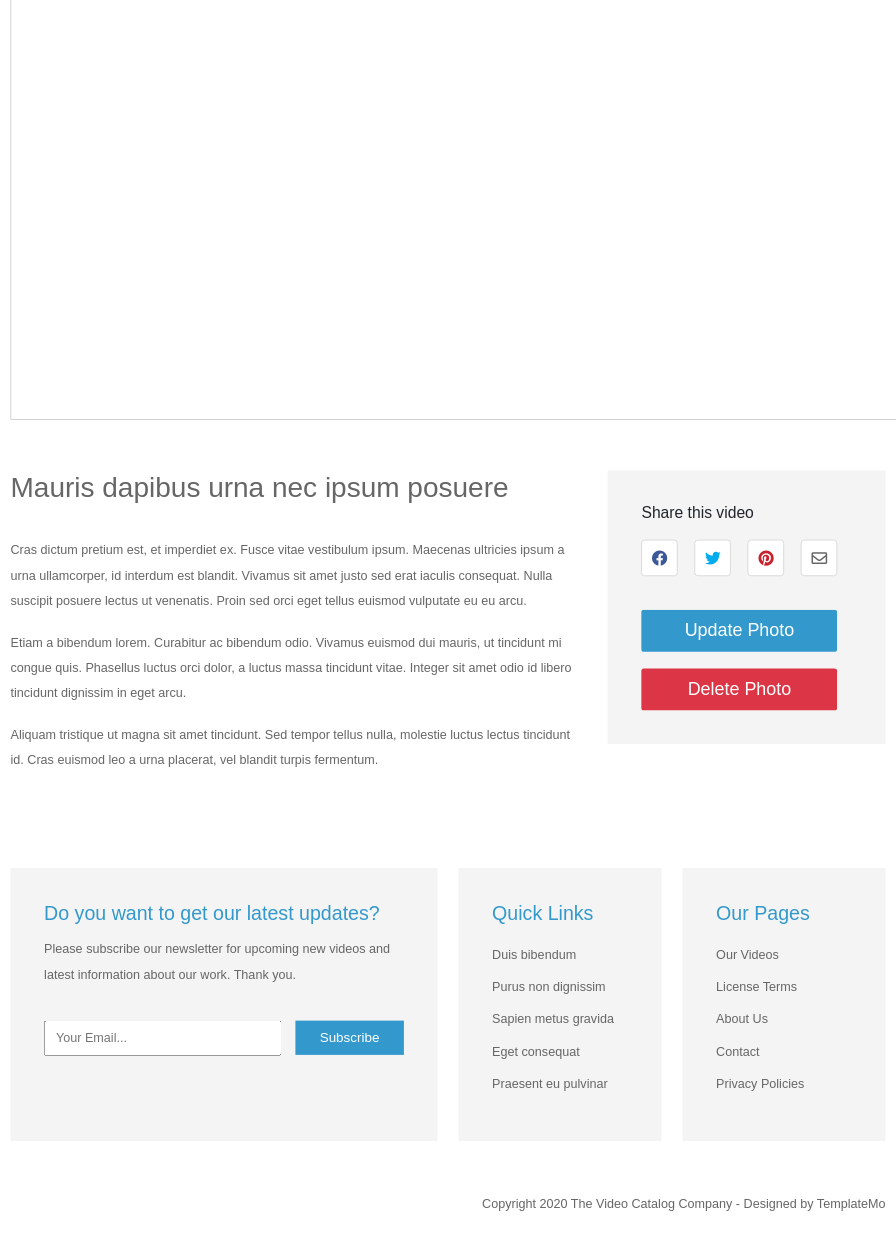
Repository: Marhamat92/PCAT-project-with-node-backend
Page: http://localhost/photo
An editor plug-in stored every save of this project. The page is shown before and after the next save, followed by the edit.
The browser window is 1280 px wide. The pictures show the part of the page from y = 730 to 2650 px (the page is 2519 px tall before and 2650 px after), at 70% of full size.
Backgrounds fixed to the window are drawn as part of the page. Some web fonts or font styles are not loaded; a fallback is used. The page is served by the project's Node server (app.js).

Above is the page before, as saved 2023-02-21 19:45:36.

After the next save:
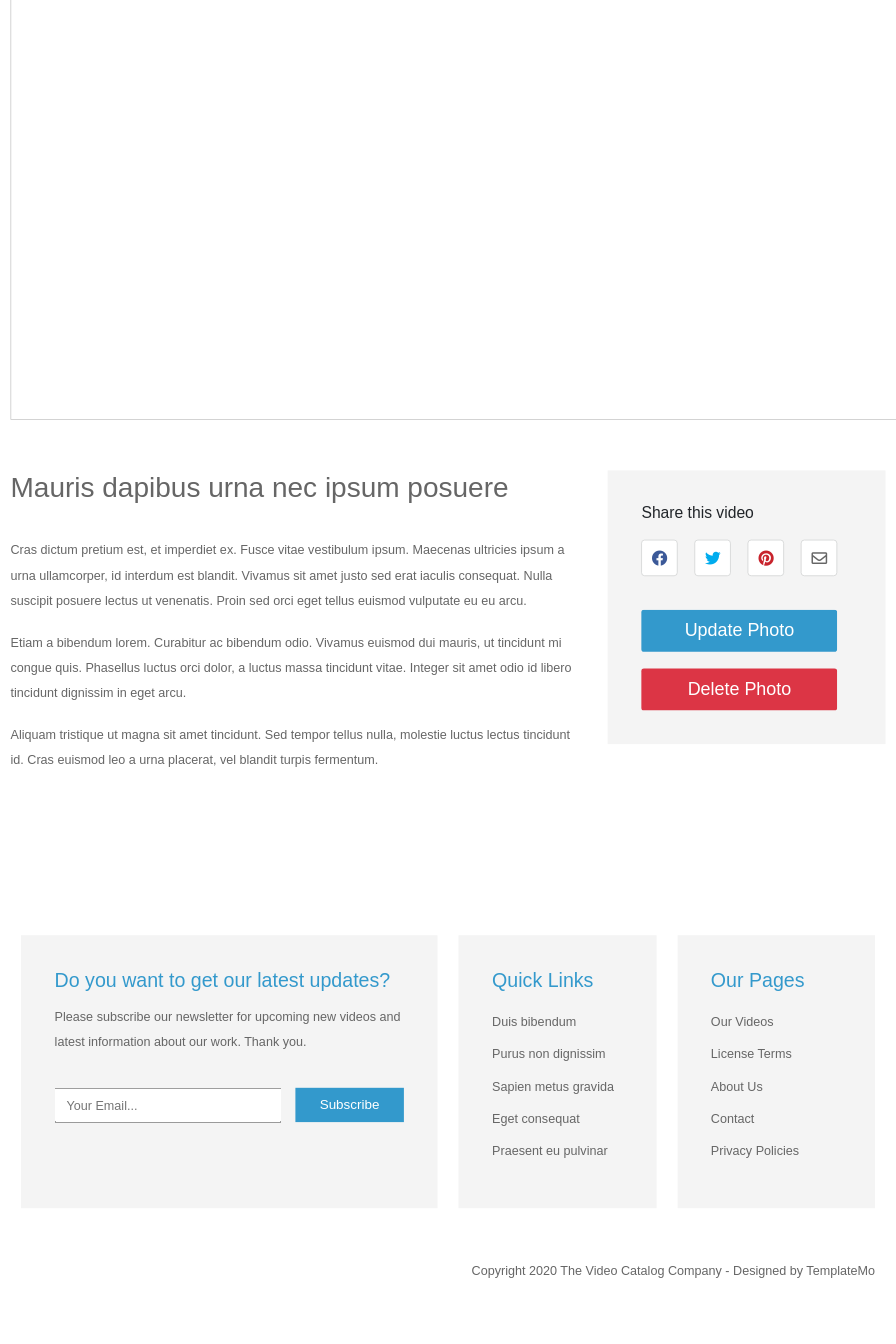
Saved 50 s later.
--- a/views/photo.ejs
+++ b/views/photo.ejs
@@ -73,51 +73,8 @@
 					</main>
 
 					<!-- Subscribe form and footer links -->
-					<div class="row mt-5 pt-3">
-						<div class="col-xl-6 col-lg-12 mb-4">
-							<div class="tm-bg-gray p-5 h-100">
-								<h3 class="tm-text-primary mb-3">Do you want to get our latest updates?</h3>
-								<p class="mb-5">Please subscribe our newsletter for upcoming new videos and latest information about our
-									work. Thank you.</p>
-								<form action="" method="GET" class="tm-subscribe-form">
-									<input type="text" name="email" placeholder="Your Email..." required>
-									<button type="submit" class="btn rounded-0 btn-primary tm-btn-small">Subscribe</button>
-								</form>
-							</div>
-						</div>
-						<div class="col-xl-3 col-lg-6 col-md-6 col-sm-6 col-12 mb-4">
-							<div class="p-5 tm-bg-gray">
-								<h3 class="tm-text-primary mb-4">Quick Links</h3>
-								<ul class="list-unstyled tm-footer-links">
-									<li><a href="#">Duis bibendum</a></li>
-									<li><a href="#">Purus non dignissim</a></li>
-									<li><a href="#">Sapien metus gravida</a></li>
-									<li><a href="#">Eget consequat</a></li>
-									<li><a href="#">Praesent eu pulvinar</a></li>
-								</ul>
-							</div>
-						</div>
-						<div class="col-xl-3 col-lg-6 col-md-6 col-sm-6 col-12 mb-4">
-							<div class="p-5 tm-bg-gray h-100">
-								<h3 class="tm-text-primary mb-4">Our Pages</h3>
-								<ul class="list-unstyled tm-footer-links">
-									<li><a href="#">Our Videos</a></li>
-									<li><a href="#">License Terms</a></li>
-									<li><a href="#">About Us</a></li>
-									<li><a href="#">Contact</a></li>
-									<li><a href="#">Privacy Policies</a></li>
-								</ul>
-							</div>
-						</div>
-					</div> <!-- row -->
+					<%- include('partials/_footer') %>
 
-					<footer class="row pt-5">
-						<div class="col-12">
-							<p class="text-right">Copyright 2020 The Video Catalog Company
-
-								- Designed by <a href="https://templatemo.com" rel="nofollow" target="_parent">TemplateMo</a></p>
-						</div>
-					</footer>
 				</div> <!-- .tm-content-container -->
 			</div>
 		</div>
